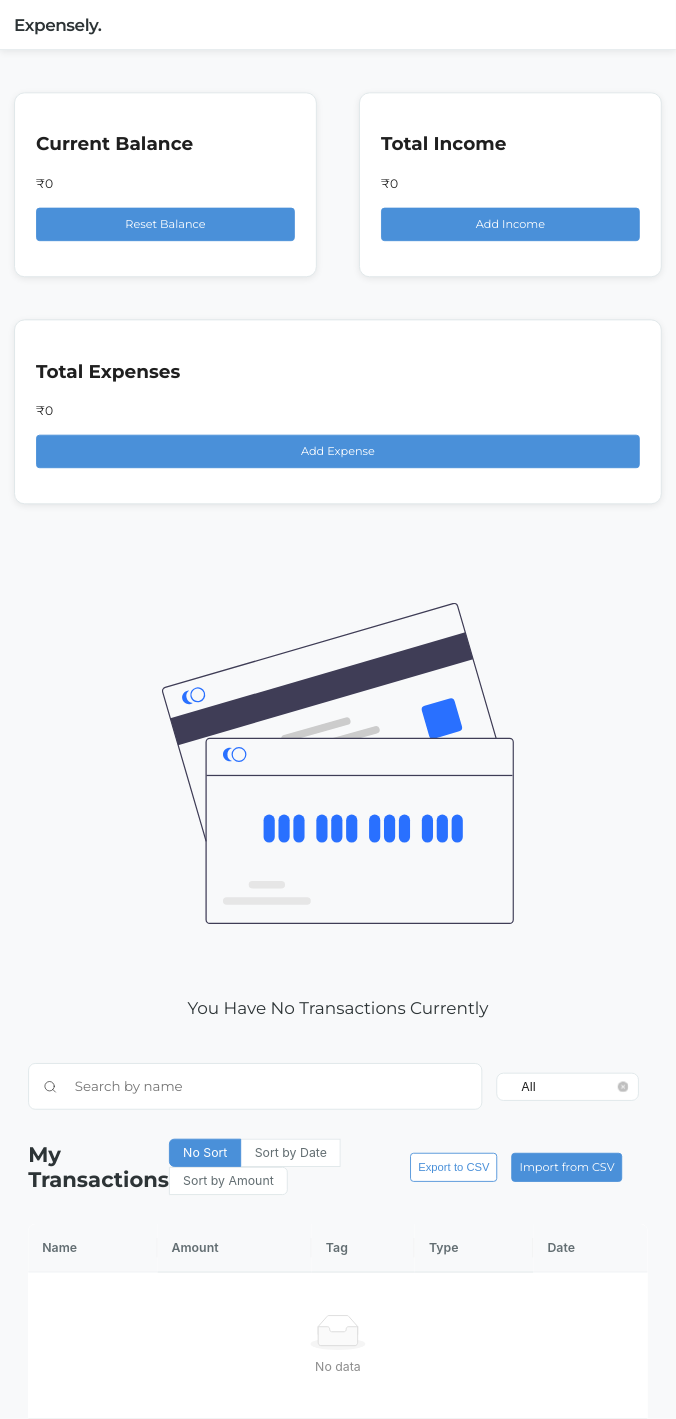
Repository: saisiriGullapalli/Expensely
Page: /dashboard (app in Expense-Tracker-main/Expense-Tracker-main/)
An editor plug-in stored every save of this project. The page is shown before and after the next save, followed by the edit.
The browser window is 768 px wide. The pictures show the whole page, at 88% of full size.
The page's requests for data from a server got no answer. The project was rebuilt for these pictures with package versions that can differ from the ones it lists, and the page was loaded fresh each time. No one was signed in, and anything a server would have sent is missing. Also part of the build but not shown: Expense-Tracker-main/Expense-Tracker-main/src/App.css, Expense-Tracker-main/Expense-Tracker-main/src/components/Charts/index.js. Imported but missing from the stored project, and not drawn on this page: Expense-Tracker-main/Expense-Tracker-main/src/pages/Signup.

Above is the page before, as saved 2026-05-01 20:33:51.

### Expense-Tracker-main/Expense-Tracker-main/public/index.html
<!DOCTYPE html>
<html lang="en">
  <head>
    <meta charset="utf-8" />
    <link rel="icon" href="%PUBLIC_URL%/favicon.ico" />
    <meta name="viewport" content="width=device-width, initial-scale=1" />
    <meta name="theme-color" content="#000000" />
    <meta
      name="description"
      content="Web site created using create-react-app"
    />
    <link rel="apple-touch-icon" href="%PUBLIC_URL%/logo192.png" />
    <!--
      manifest.json provides metadata used when your web app is installed on a
      user's mobile device or desktop. See https://developers.google.com/web/fundamentals/web-app-manifest/
    -->
    <link rel="manifest" href="%PUBLIC_URL%/manifest.json" />
    <!--
      Notice the use of %PUBLIC_URL% in the tags above.
      It will be replaced with the URL of the `public` folder during the build.
      Only files inside the `public` folder can be referenced from the HTML.

      Unlike "/favicon.ico" or "favicon.ico", "%PUBLIC_URL%/favicon.ico" will
      work correctly both with client-side routing and a non-root public URL.
      Learn how to configure a non-root public URL by running `npm run build`.
    -->
    <title>Expencely- Your Personal Expense Tracker</title>
  </head>
  <body>
    <noscript>You need to enable JavaScript to run this app.</noscript>
    <div id="root"></div>
    <!--
      This HTML file is a template.
      If you open it directly in the browser, you will see an empty page.

      You can add webfonts, meta tags, or analytics to this file.
      The build step will place the bundled scripts into the <body> tag.

      To begin the development, run `npm start` or `yarn start`.
      To create a production bundle, use `npm run build` or `yarn build`.
    -->
  </body>
</html>

### Expense-Tracker-main/Expense-Tracker-main/src/index.css
@import url('https://fonts.googleapis.com/css2?family=Montserrat:ital,wght@0,100..900;1,100..900&display=swap');
:root{
  /* Clean & Minimal Light Theme Colors */
  --theme: #4a90d9;
  --primary: #4a90d9;
  --black:#2d3436;
  --white:#ffffff;
  --bg-light:#f8f9fa;
  --bg-card:#ffffff;
  --text-primary:#2d3436;
  --text-secondary:#636e72;
  --text-muted:#b2bec3;
  --border-light:#dfe6e9;
  --shadow:0 2px 8px rgba(0, 0, 0, 0.08);
  --shadow-hover:0 4px 12px rgba(0, 0, 0, 0.12);
  --success:#00b894;
  --danger:#d63031;
}

* {
  box-sizing: border-box;
}

 body {
  margin: 0;
  font-family: "Montserrat", sans-serif;
  -webkit-font-smoothing: antialiased;
  -moz-osx-font-smoothing: grayscale;
  background-color: var(--bg-light);
  color: var(--text-primary);
  min-height: 100vh;
}

input, select, textarea {
  font-family: "Montserrat", sans-serif;
}

/* Clean minimal input styles */
.custom-input {
  border: 1px solid var(--border-light);
  border-bottom: 1px solid var(--border-light);
  padding: 0.75rem 1rem;
  width: 100%;
  border-radius: 8px;
  background-color: var(--white);
  font-size: 0.95rem;
  transition: all 0.2s ease;
}

.custom-input:focus {
  outline: none;
  border-color: var(--theme);
  box-shadow: 0 0 0 3px rgba(74, 144, 217, 0.1);
  transition: all 0.2s ease;
}

.custom-input::placeholder {
  color: var(--text-muted);
}

/* Input with flex container */
.input-flex {
  display: flex;
  justify-content: flex-start;
  align-items: center;
  gap: 0.75rem;
  width: 100%;
  background-color: var(--white);
  border: 1px solid var(--border-light);
  border-radius: 8px;
  padding: 0.5rem 1rem;
  transition: all 0.2s ease;
}

.input-flex:focus-within {
  border-color: var(--theme);
  box-shadow: 0 0 0 3px rgba(74, 144, 217, 0.1);
}

.input-flex input {
  flex: 1;
  padding: 0.5rem;
  border: none;
  background: transparent;
  font-size: 0.95rem;
}

.input-flex input:focus {
  outline: none;
}

/* Select input */
.select-input {
  width: 30%;
  margin-right: 10px;
  display: flex;
  align-items: center;
  background-color: var(--white);
  border: 1px solid var(--border-light);
  border-radius: 8px;
  padding: 0.5rem 1rem;
}

.select-input > div {
  border: 0px solid transparent !important;
  width: 100%;
}

/* Table styles */
.ant-table {
  background: var(--white) !important;
  border-radius: 12px;
  overflow: hidden;
}

.ant-table-thead > tr > th {
  background: var(--bg-light) !important;
  color: var(--text-secondary) !important;
  font-weight: 600 !important;
  border-bottom: 1px solid var(--border-light) !important;
}

.ant-table-tbody > tr > td {
  border-bottom: 1px solid var(--border-light) !important;
}

.ant-table-tbody > tr:hover > td {
  background: var(--bg-light) !important;
}

/* Card styles */
.ant-card {
  background: var(--white) !important;
  border: 1px solid var(--border-light) !important;
  border-radius: 12px !important;
  box-shadow: var(--shadow) !important;
}

.ant-card:hover {
  box-shadow: var(--shadow-hover) !important;
  transition: all 0.2s ease;
}

/* Modal styles */
.ant-modal-content {
  border-radius: 16px !important;
  overflow: hidden;
}

.ant-modal-header {
  border-bottom: 1px solid var(--border-light) !important;
}

.ant-modal-title {
  color: var(--text-primary) !important;
  font-weight: 600 !important;
}

.ant-modal-close-x {
  color: var(--text-secondary) !important;
}

/* Button styles */
.ant-btn {
  border-radius: 8px !important;
  font-weight: 500 !important;
  transition: all 0.2s ease !important;
}

.ant-btn-primary {
  background: var(--theme) !important;
  border-color: var(--theme) !important;
}

.ant-btn-primary:hover {
  background: #3a7bc8 !important;
  border-color: #3a7bc8 !important;
}

.ant-btn-default {
  border-color: var(--border-light) !important;
  color: var(--text-primary) !important;
}

.ant-btn-default:hover {
  border-color: var(--theme) !important;
  color: var(--theme) !important;
}

/* Radio button styles */
.ant-radio-button-wrapper {
  border-color: var(--border-light) !important;
  color: var(--text-secondary) !important;
}

.ant-radio-button-wrapper-checked {
  background: var(--theme) !important;
  border-color: var(--theme) !important;
  color: var(--white) !important;
}

/* Scrollbar styling */
::-webkit-scrollbar {
  width: 8px;
}

::-webkit-scrollbar-track {
  background: var(--bg-light);
}

::-webkit-scrollbar-thumb {
  background: var(--border-light);
  border-radius: 4px;
}

::-webkit-scrollbar-thumb:hover {
  background: var(--text-muted);
}

### Expense-Tracker-main/Expense-Tracker-main/src/App.js
import './App.css';
import Header from "./components/Header";
import { BrowserRouter as Router, Route, Routes} from "react-router-dom";
import Signup from "./pages/Signup";
import Dashboard from './pages/Dashboard';
import { ToastContainer, toast } from "react-toastify";
import "react-toastify/dist/ReactToastify.css";


function App() {
  return(
    <>
    <ToastContainer />
    <Router>
      <Routes>
        <Route path="/" element={<Signup />} />
        <Route path="/dashboard" element={<Dashboard />} />
      </Routes>
    </Router>
  </>
  );
}

export default App;

### Expense-Tracker-main/Expense-Tracker-main/src/components/Header/index.js
import React, { useEffect } from "react";
import "./styles.css";
import {auth} from "../../firebase";
import { useAuthState } from 'react-firebase-hooks/auth';
import { useNavigate } from "react-router-dom";
import { signOut } from "firebase/auth";
import { toast } from "react-toastify";
import userImg from "../../assets/user.svg";
function Header() {
    const [user, loading] = useAuthState(auth);
    const navigate = useNavigate();

    useEffect(()=>{
        if(user){
            navigate("/dashboard");
        }
    },[user, loading]);
    function logoutFnc() {
        try{
            signOut(auth)
            .then(() => {
                // Sign-out successful.
                toast.success("Logged out Successfully!");
                navigate("/");
              }).catch((error) => {
                toast.error(error.message);
                // An error happened.
              });

        }catch(e){
            toast.error(e.message)
        }

    }

  return (
   <div className="navbar">
    <p className="logo">Expensely.</p>
    {user && (
      <div style={{display: "flex", alignItems: "center", gap: "0.75rem"}}>
        <img
          src={user.photoURL ? user.photoURL : userImg}
          style={{ borderRadius: "50%", height:"2rem", width:"2rem"}}
        />
    <p className="link" onClick={logoutFnc}>
        Logout
        </p>
      </div>
    )}
  </div>
  );
}

export default Header;

### Expense-Tracker-main/Expense-Tracker-main/src/components/Header/styles.css
.navbar {
    background-color: var(--white);
    padding: 1rem 2rem;
    position: sticky;
    top: 0;
    left: 0;
    display: flex;
    justify-content: space-between;
    align-items: center;
    z-index: 1000;
    box-shadow: var(--shadow);
    border-bottom: 1px solid var(--border-light);
}

.logo {
    color: var(--text-primary);
    font-weight: 600;
    font-size: 1.4rem;
    margin: 0;
    letter-spacing: -0.5px;
}

.link {
    color: var(--text-secondary);
    cursor: pointer;
    font-weight: 500;
    font-size: 0.9rem;
    transition: all 0.2s ease;
}

.link:hover {
    color: var(--theme);
    transition: all 0.2s ease;
}

/* User info in navbar */
.navbar > div {
    display: flex;
    align-items: center;
    gap: 1rem;
}

.navbar img {
    border-radius: 50%;
    height: 2.2rem;
    width: 2.2rem;
    border: 2px solid var(--border-light);
    transition: all 0.2s ease;
}

.navbar img:hover {
    border-color: var(--theme);
    transition: all 0.2s ease;
}

/* Responsive */
@media (max-width: 768px) {
    .navbar {
        padding: 1rem;
    }

    .logo {
        font-size: 1.2rem;
    }
}

### Expense-Tracker-main/Expense-Tracker-main/src/firebase.js
// Import the functions you need from the SDKs you need
import { initializeApp } from "firebase/app";
import { getAnalytics } from "firebase/analytics";
import {getAuth, GoogleAuthProvider} from "firebase/auth";
import {getFirestore, doc, setDoc } from "firebase/firestore";

// Your web app's Firebase configuration
// For Firebase JS SDK v7.20.0 and later, measurementId is optional
const firebaseConfig = {
  apiKey: "AIzaSyDUJ62KfCFVoG-9g0lKuuuFtI8Y30Jw-5A",
  authDomain: "expencely.firebaseapp.com",
  projectId: "expencely",
  storageBucket: "expencely.appspot.com",
  messagingSenderId: "715174385787",
  appId: "1:715174385787:web:bbe34fa3be57e9209f2ade",
  measurementId: "G-6LSGDKC97D"
};

// Initialize Firebase
const app = initializeApp(firebaseConfig);
const analytics = getAnalytics(app);
const db = getFirestore(app);
const auth = getAuth(app);
const provider = new GoogleAuthProvider();
export { db, auth, provider, doc, setDoc };

### Expense-Tracker-main/Expense-Tracker-main/src/components/Cards/index.js
import React from 'react';
import "./styles.css";
import {Card, Row } from "antd";
import Button from '../Button';

function Cards({
    income,
    expenses,
    totalBalance,
    showExpenseModal,
    showIncomeModal,
}) {
  return (
   <div>
        <Row className='my-row'>
            <Card  bordered = {true} className = "my-card" >
                <h2>Current Balance</h2>
                <p>₹{totalBalance}</p>
                <Button text="Reset Balance" blue={true}/>
                </Card>

                <Card bordered = {true} className = "my-card">
                <h2>Total Income</h2>
                <p>₹{income}</p>
                <Button text="Add Income" blue={true} onClick={showIncomeModal}/>
                </Card>


                <Card bordered = {true} className = "my-card">
                <h2>Total Expenses</h2>
                <p>₹{expenses}</p>
                <Button text="Add Expense" blue={true} onClick={showExpenseModal}/>
                </Card>
        </Row>
    </div>

    );
}
export default Cards;

### Expense-Tracker-main/Expense-Tracker-main/src/components/Modals/addExpense.js
import React from "react";
import {  Button,Modal,Form,Input,DatePicker,Select} from "antd";
function AddExpenseModal({
  isExpenseModalVisible,
  handleExpenseCancel,
  onFinish,
}) {
  const [form] = Form.useForm();
  return (
    <Modal
      style={{ fontWeight: 600 }}
      title="Add Expense"
      visible={isExpenseModalVisible}
      onCancel={handleExpenseCancel}
      footer={null}
    >
      <Form
        form={form}
        layout="vertical"
        onFinish={(values) => {
          onFinish(values, "expense");
          form.resetFields();
        }}
      >
        <Form.Item
          style={{ fontWeight: 600 }}
          label="Name"
          name="name"
          rules={[
            {
              required: true,
              message: "Please input the name of the transaction!",
            },
          ]}
        >
          <Input type="text" className="custom-input" />
        </Form.Item>
        <Form.Item
          style={{ fontWeight: 600 }}
          label="Amount"
          name="amount"
          rules={[
            { required: true, message: "Please input the expense amount!" },
          ]}
        >
          <Input type="number" className="custom-input" />
        </Form.Item>
        <Form.Item
          style={{ fontWeight: 600 }}
          label="Date"
          name="date"
          rules={[
            { required: true, message: "Please select the expense date!" },
          ]}
        >
          <DatePicker className="custom-input" format="YYYY-MM-DD" />
        </Form.Item>
        <Form.Item
          label="Tag"
          name="tag"
          style={{ fontWeight: 600 }}
          rules={[{ required: true, message: "Please select a tag!" }]}
        >
          <Select className="select-input-2">
            <Select.Option value="food">Food</Select.Option>
            <Select.Option value="education">Education</Select.Option>
            <Select.Option value="office">Office</Select.Option>
            {/* Add more tags here */}
          </Select>
        </Form.Item>
        <Form.Item>
          <Button className="btn btn-blue" type="primary" htmlType="submit">
            Add Expense
          </Button>
        </Form.Item>
      </Form>
    </Modal>
  );
}

export default AddExpenseModal;

### Expense-Tracker-main/Expense-Tracker-main/src/components/Modals/addIncome.js
import React from "react";
import {Button,Modal,Form,Input,DatePicker,Select} from "antd";

function AddIncomeModal({
  isIncomeModalVisible,
  handleIncomeCancel,
  onFinish,
}) {
  const [form] = Form.useForm();
  return (
    <Modal
      style={{ fontWeight: 600 }}
      title="Add Income"
      visible={isIncomeModalVisible}
      onCancel={handleIncomeCancel}
      footer={null}
    >
      <Form
        form={form}
        layout="vertical"
        onFinish={(values) => {
          onFinish(values, "income");
          form.resetFields();
        }}
      >
        <Form.Item
          style={{ fontWeight: 600 }}
          label="Name"
          name="name"
          rules={[
            {
              required: true,
              message: "Please input the name of the transaction!",
            },
          ]}
        >
          <Input type="text" className="custom-input" />
        </Form.Item>
        <Form.Item
          style={{ fontWeight: 600 }}
          label="Amount"
          name="amount"
          rules={[
            { required: true, message: "Please input the income amount!" },
          ]}
        >
          <Input type="number" className="custom-input" />
        </Form.Item>
        <Form.Item
          style={{ fontWeight: 600 }}
          label="Date"
          name="date"
          rules={[
            { required: true, message: "Please select the income date!" },
          ]}
        >
          <DatePicker format="YYYY-MM-DD" className="custom-input" />
        </Form.Item>
        <Form.Item
          style={{ fontWeight: 600 }}
          label="Tag"
          name="tag"
          rules={[{ required: true, message: "Please select a tag!" }]}
        >
          <Select className="select-input-2">
            <Select.Option value="salary">Salary</Select.Option>
            <Select.Option value="freelance">Freelance</Select.Option>
            <Select.Option value="investment">Investment</Select.Option>
            {/* Add more tags here */}
          </Select>
        </Form.Item>
        <Form.Item>
          <Button className="btn btn-blue" type="primary" htmlType="submit">
            Add Income
          </Button>
        </Form.Item>
      </Form>
    </Modal>
  );
}

export default AddIncomeModal;

### Expense-Tracker-main/Expense-Tracker-main/src/components/NoTransactions.js
import React from "react";
import transactions from "../assets/transactions.svg";
function NoTransactions() {
return (
<div
    style={{
        display: "flex",
        justifyContent: "center",
        alignItems: "center",
        width: "100%",
        flexDirection: "column",
        marginBottom: "2rem",
    }}
    >
        <img src={transactions} style={{width: "400px", margin: "4rem"}} />
        <p style={{ textAlign: "center", fontSize: "1.2rem"}}>
            You Have No Transactions Currently
        </p>
        </div>
);
}

export default NoTransactions;

### Expense-Tracker-main/Expense-Tracker-main/src/components/Cards/styles.css
.my-card{
    box-shadow: var(--shadow);
    margin: 1rem;
    border-radius: 0.5rem;
    min-width: 300px;
    flex: 1;
    font-family: "Montserrat", sans-serif !important;
}


.ant-card-head-title {
    margin: 0rem !important;
    font-weight: 600;
}

.my-row{
    display: flex;
    justify-content: space-between;
    align-items: center;
    margin: 2rem auto;
    flex-wrap: wrap;
    gap: 16px;
}

.my-card p{
    margin: 0;
}

### Expense-Tracker-main/Expense-Tracker-main/src/components/Button/index.js
import React from 'react'
import "./styles.css";
function Button({text, onClick, blue, disabled}) {
  return (
    <div className={blue ? "btn btn-blue" : "btn"} onClick={onClick}>
        {text}
    </div>
  );
}

export default Button;

### Expense-Tracker-main/Expense-Tracker-main/src/components/Button/styles.css
.btn {
    color: var(--theme);
    text-align: center;
    margin: 1rem 0rem;
    font-size: 0.8rem;
    padding: 0.5rem !important;
    background-color: #fff;
    border: 1px solid var(--theme);
    border-radius: 0.25rem;
    cursor: pointer;
    display: flex !important;
    align-items: center;
    justify-content: center;
    height: auto !important;
}

.btn:hover {
    background-color: var(--theme);
    color: #fff;
    transition: all 0.3s;
}

.btn-blue {
    background-color: var(--theme);
    color: #fff;
}

.btn-blue:hover {
    background-color: #fff !important;
    color: var(--theme) !important;
    transition: all 0.3s;
}

Loaded but not shown: Expense-Tracker-main/Expense-Tracker-main/src/index.js (common file); Expense-Tracker-main/Expense-Tracker-main/src/components/TransactionsTable/index.js (188 lines, source omitted); Expense-Tracker-main/Expense-Tracker-main/src/pages/Dashboard.js (161 lines, source omitted)

After the next save:
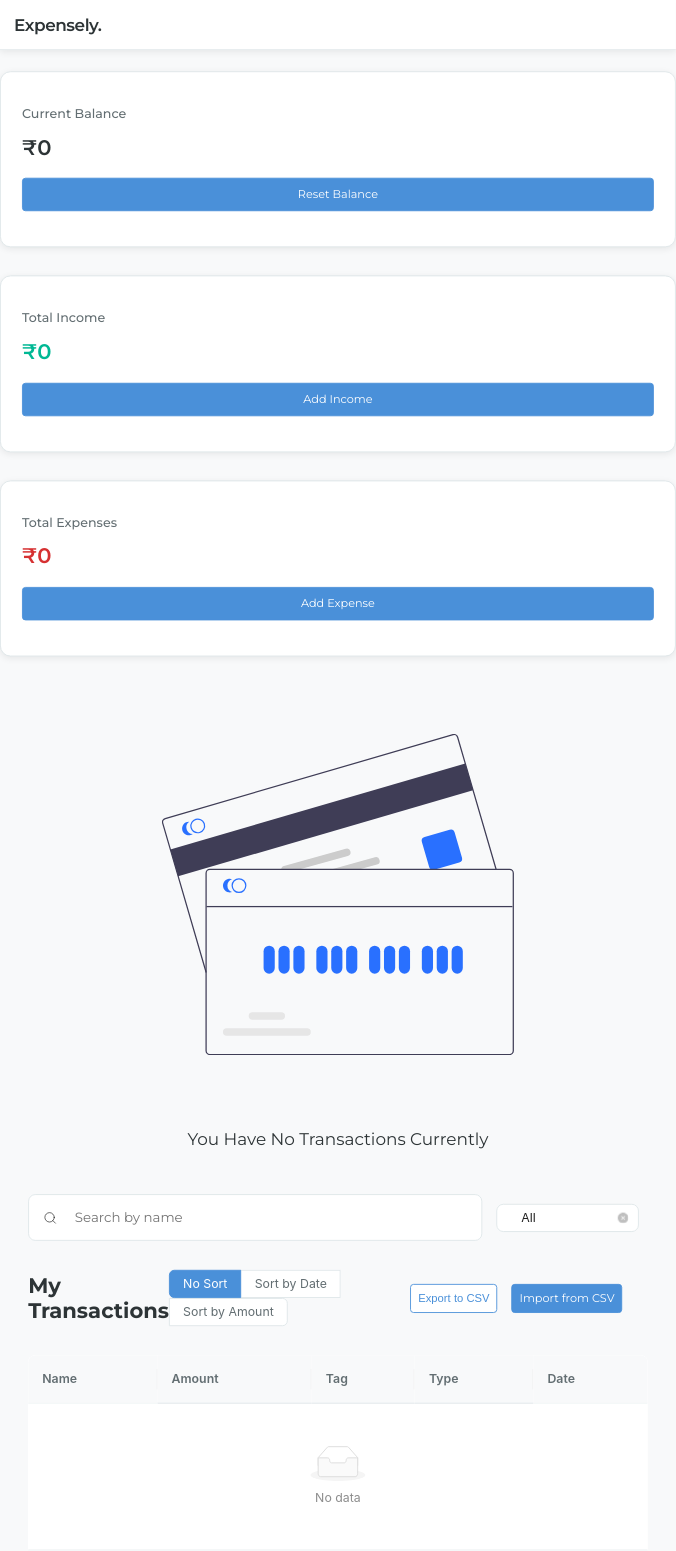
Saved 12 s later.
--- a/Expense-Tracker-main/Expense-Tracker-main/src/components/Cards/styles.css
+++ b/Expense-Tracker-main/Expense-Tracker-main/src/components/Cards/styles.css
@@ -1,27 +1,72 @@
-.my-card{
+.my-card {
     box-shadow: var(--shadow);
     margin: 1rem;
-    border-radius: 0.5rem;
-    min-width: 300px;
+    border-radius: 12px;
+    min-width: 280px;
     flex: 1;
     font-family: "Montserrat", sans-serif !important;
+    background-color: var(--white);
+    border: 1px solid var(--border-light);
+    transition: all 0.2s ease;
 }
 
+.my-card:hover {
+    box-shadow: var(--shadow-hover);
+    transform: translateY(-2px);
+    transition: all 0.2s ease;
+}
 
 .ant-card-head-title {
     margin: 0rem !important;
     font-weight: 600;
+    color: var(--text-secondary);
 }
 
-.my-row{
+.my-card h2 {
+    font-size: 0.9rem;
+    color: var(--text-secondary);
+    margin-bottom: 0.5rem;
+    font-weight: 500;
+}
+
+.my-card p {
+    font-size: 1.5rem;
+    font-weight: 600;
+    color: var(--text-primary);
+    margin: 0;
+}
+
+.my-row {
     display: flex;
     justify-content: space-between;
-    align-items: center;
+    align-items: stretch;
     margin: 2rem auto;
     flex-wrap: wrap;
-    gap: 16px;
+    gap: 1rem;
 }
 
-.my-card p{
-    margin: 0;
+/* Card specific colors */
+.my-card:first-child p {
+    color: var(--text-primary);
 }
+
+.my-card:nth-child(2) p {
+    color: var(--success);
+}
+
+.my-card:nth-child(3) p {
+    color: var(--danger);
+}
+
+/* Responsive */
+@media (max-width: 768px) {
+    .my-card {
+        min-width: 100%;
+        margin: 0.5rem 0;
+    }
+
+    .my-row {
+        margin: 1rem auto;
+        flex-direction: column;
+    }
+}
